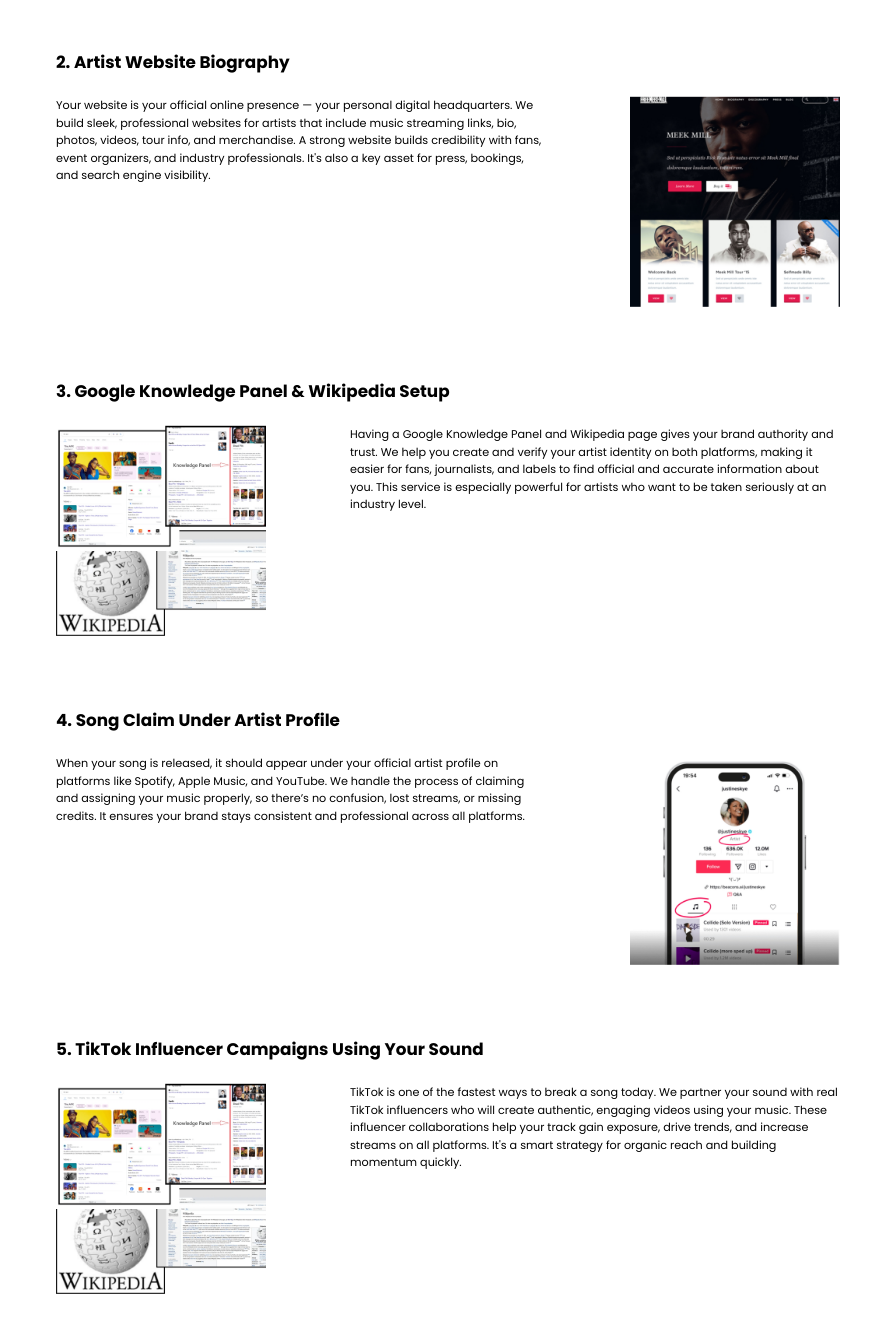
Repository: Ikebobo11/theboss
Page: servicemore.html
An editor plug-in stored every save of this project. The page is shown before and after a run of saves, followed by the edit.
The browser window is 1280 px wide. The pictures show the part of the page from y = 665 to 2585 px (the page is 2585 px tall), at 70% of full size.

Above is the page before, as saved 2025-08-30 22:23:32.

### servicemore.html
<!DOCTYPE html>
<html lang="en">
<head>
    <meta charset="UTF-8">
    <meta name="viewport" content="width=device-width, initial-scale=1.0">
    <link rel="stylesheet" href="servicemore.css">
    <link rel="shortcut icon" href="./asset/logo the boss.jpeg" type="image/x-icon">
    <link rel="preconnect" href="https://fonts.googleapis.com">
    <script src="servicemore.js" defer></script>
    <link rel="preconnect" href="https://fonts.gstatic.com" crossorigin>
    <link href="https://fonts.googleapis.com/css2?family=Poppins:ital,wght@0,100;0,200;0,300;0,400;0,500;0,600;0,700;0,800;0,900;1,100;1,200;1,300;1,400;1,500;1,600;1,700;1,800;1,900&display=swap" rel="stylesheet">
    <title>Document</title>
</head>
<body>
       <div class="menudiv">
      <div class="subhide">
        <a href="">Home</a>
        <a href="#Our-Services">Blogs</a>
        <a href="contact.html">Contact</a>
        <a href="">Potfolio</a>
      </div>
     </div>
    <header>
        <div class="header-first-div">
            <img class="logo-image" src="./asset/logo the boss.jpeg"/>
            <div class="Nav-a">
              <a class="link-a" href="index.html">Home</a>
              <a class="link-a" href="#Our-Services">Blogs</a>
              <a class="link-a" href="contact.html">Contact</a>
              <a class="link-a" href="">Potfolio</a>
            </div>
                <img class="showbut hidela" src="./asset/hamburger.png"/>
                <img class="showbut hidelb" src="./asset/multiplication.png"/>
          </div>
        </header>
        <section class="more-service">
          <main class="more-pag">
            <h1>The Boss Music Distribution & Marketing Professional Artist Services That Get You Results</h1>
            <p>
              Whether you're just starting your journey or already building a serious brand, The Boss Music Distribution & Marketing is here to take your career to the next level. Our all-in-one service model is designed to help you grow your audience, increase your exposure, and turn your talent into a lasting legacy.
              Below is a breakdown of the services we offer, each built to provide real value for independent artists, record labels, and music entrepreneurs.
            </p>
          </main>
          <main>
            <div class="serv">
                <h2>1. Google Ads</h2>
              <div class="more-content">
                <div class="imgex">
                  <img src="./asset/1.jpg"/>
                </div>
                <div>
                  <p>
                    We run highly targeted Google Ads campaigns to promote your music, videos, website, or merchandise. These ads appear across Google search results, YouTube, and partner websites, reaching fans who are actively looking for new content. This is a strategic and proven way to boost your visibility
                    and get your content in front of the right audience — not bots, just real people with real interest.
                  </p>
                </div>
              </div>
            </div>

            <div class="serv">
                <h2>2. Artist Website Biography</h2>
              <div class="more-content">
                <div>
                  <p>
                   Your website is your official online presence — your personal digital headquarters.
                   We build sleek, professional websites for artists that include music streaming links, bio, photos, videos, tour info, and merchandise. A strong website builds credibility with fans, event organizers, and industry professionals. It's also a key asset for press, bookings, and search engine visibility.
                </div>
                <div class="imgex">
                  <img src="./asset/2.jpg"/>
                </div>
               </div>
            </div>

            <div class="serv">
                <h2>3. Google Knowledge Panel & Wikipedia Setup</h2>
              <div class="more-content">
                <div class="imgex">
                  <img src="./asset/3.jpg"/>
                </div>
                <div>
                  <p>
                   Having a Google Knowledge Panel and Wikipedia page gives your brand authority and trust.
                   We help you create and verify your artist identity on both platforms, making it easier for fans, journalists, and labels to find official and accurate information about you. This service is especially powerful for artists who want to be taken seriously at an industry level.

                  </p>
                </div>
              </div>
            </div>

            <div class="serv">
                <h2>4. Song Claim Under Artist Profile</h2>
              <div class="more-content">
                <div>
                  <p>
                   When your song is released, it should appear under your official artist profile on platforms like Spotify, Apple Music, and YouTube. We handle the process of claiming and assigning your music properly, so there’s no confusion, lost streams,
                   or missing credits. It ensures your brand stays consistent and professional across all platforms.
                </div>
                <div class="imgex">
                  <img src="./asset/4.jpg"/>
                </div>
               </div>
            </div>

            <div class="serv">
                <h2>5. TikTok Influencer Campaigns Using Your Sound</h2>
              <div class="more-content">
                <div class="imgex">
                  <img src="./asset/3.jpg"/>
                </div>
                <div>
                  <p>
                  TikTok is one of the fastest ways to break a song today. We partner your sound with real
                  TikTok influencers who will create authentic, engaging videos using your music. These influencer collaborations help your track gain exposure, drive trends, and increase streams on all
                  platforms. It's a smart strategy for organic reach and building momentum quickly.
                  </p>
                </div>
              </div>
            </div>


          </main>
        </section>
</body>

### servicemore.css
*{
    padding: 0px;
    margin: 0px;
    box-sizing: border-box;
}
body{
     font-family: "Poppins", sans-serif;
}
img{
  max-width: 100%;
}
a{
  text-decoration: none;
}
p,li{
  @media (max-width:434px) {
    font-size: 14px;
  }
}
.logo-image{
    width: 4rem;
}
.header-first-div{
    /* background-color: rgb(188, 188, 252); */
    background-color: black;
    color: white;
    padding: 0.5rem;
    display: flex;
    z-index: 2;
    justify-content: space-between;
    align-items: center;
    /* gap:3%; */
    position: fixed;
    width: 100vw;
}
.flex-box-a{
  background-color: blue;
}
.header-second-div{
  background-image: url(./st.jpg);
  background-position: center;
  background-size: cover;
  max-width: 100vw;
  min-height: 600px;
  padding-block: 200px 100px;
  @media (max-width:507px) {
    font-size: 40px;
    min-height: 300px;
  }
}
.header-first-h1{
  font-size: 80px;
  text-align: center;
  color: white;
    @media (max-width:507px) {
    font-size: 35px;
  }
}
.header-first-p{
  font-size: 30px;
  text-align: center;
  color: white;
    @media (max-width:507px) {
    font-size: 20px;
  }
}
.menudiv{
  position: fixed;
  top:5rem;
  background-color:blue;
  right: 0;
  width: 100vw;
  min-height: auto;
  left: 0;
  z-index:2;

  display: none;
}
.subhide{
  display: flex;
  gap: 1rem;
  flex-direction: column;
}
.menudiv a{
  /* border-top: 1px solid white; */
  border-bottom: 1px solid white;
  padding-block: 1.64rem;
  padding-left: 1rem;
  color:white;
}
.Nav-a a{
  color: white;
  border-bottom:1px solid transparent;
}
.link-a:hover{
  color: greenyellow;
  border-bottom: 1px solid white;
}
.showbut{
  width: 3rem;
  padding-right: 1rem;
  filter: invert(1);
}
.hidelb{
  display: none;

}
.hidela{
  display: none;
   @media (max-width:659px) {
    display: block;
  }
}
.Nav-a{
  display: flex;
  padding-inline: 60px;
  gap: 3rem;
  @media (max-width:659px) {
    display: none;
  }
}

/* content section */
.more-service{
  top: 100px;
  position: relative;
  max-width: 1120px;
  margin-inline: auto;
}
.more-pag>h1{
  color: greenyellow;
}
.serv{
  padding-block:2rem ;
}
.more-content{
  display: flex;
  justify-content: space-between;
  padding-block: 2rem;
}
.imgex{
  max-width: 300px;
}
.imgex>img{
  width: 100%;
}
.more-content p{
  max-width: 700px;
}

### servicemore.js
let hidela = document.querySelector(".hidela")
let hidelb = document.querySelector(".hidelb")
let menudiv = document.querySelector(".menudiv")
function menushow(){
    hidelb.style.display = "block"
    hidela.style.display = "none"
    menudiv.style.display ="block"
}
hidela.addEventListener("click",menushow)

function menuhide(){
    hidelb.style.display = "none"
    hidela.style.display = "block"
    menudiv.style.display ="none"
}
hidelb.addEventListener("click",menuhide)

After the next 6 saves:
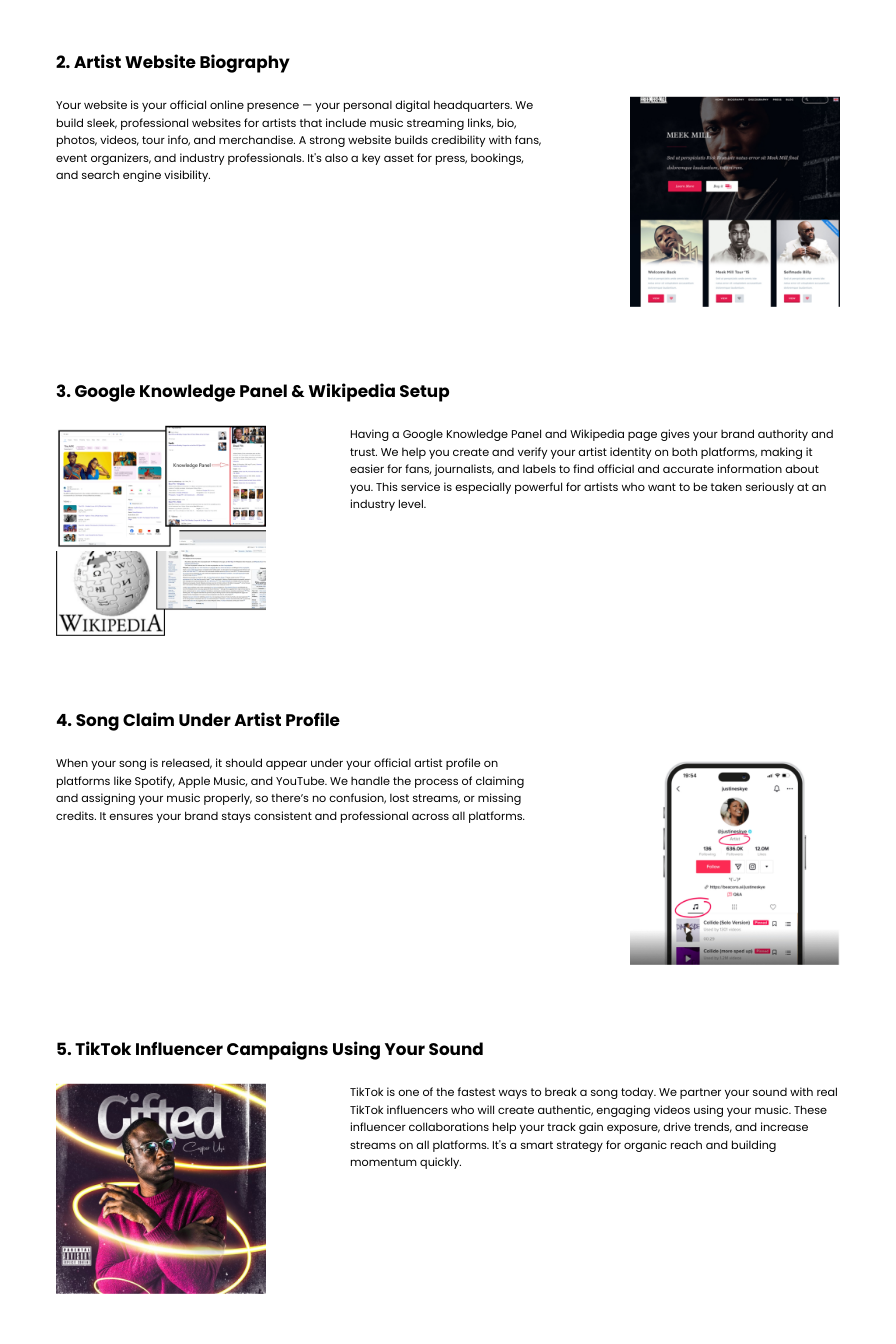
The 6 saves are shown as one change because they came seconds apart.
The last was saved 11 s later.
--- a/servicemore.html
+++ b/servicemore.html
@@ -105,7 +105,7 @@
                 <h2>5. TikTok Influencer Campaigns Using Your Sound</h2>
               <div class="more-content">
                 <div class="imgex">
-                  <img src="./asset/3.jpg"/>
+                  <img src="./asset/5.jpg"/>
                 </div>
                 <div>
                   <p>
